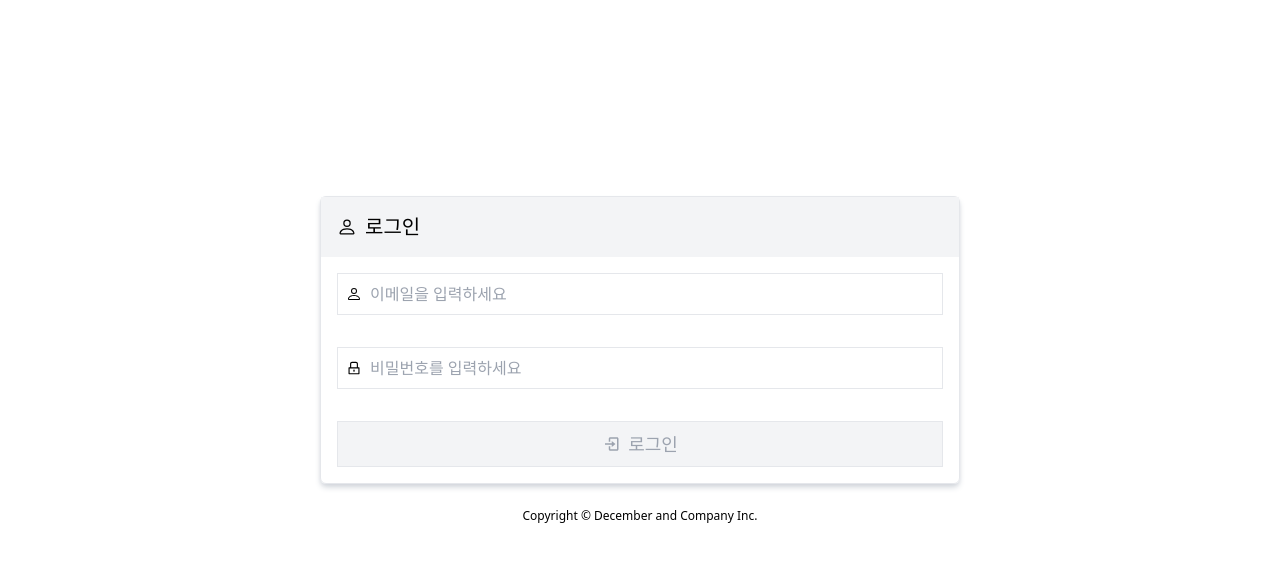
Repository: wanted-pre-onboarding-4/pre-onboarding-assignment-week-4-1-team-4
Page: /login (app in client/)
These files come from the project's save history. The page is drawn as it stood at one moment and after a run of saves; the edit follows.
The browser window is 1280 px wide. The pictures show the whole page.
The project was rebuilt for these pictures with package versions that can differ from the ones it lists, and the page was loaded fresh each time. Also part of the build but not shown: client/src/components/Footer.jsx, client/src/components/Header.jsx, client/src/components/Sider.jsx, client/src/components/Layout.jsx.

Above is the page before, as saved 2022-09-20 21:26:51.

After the next 2 saves:
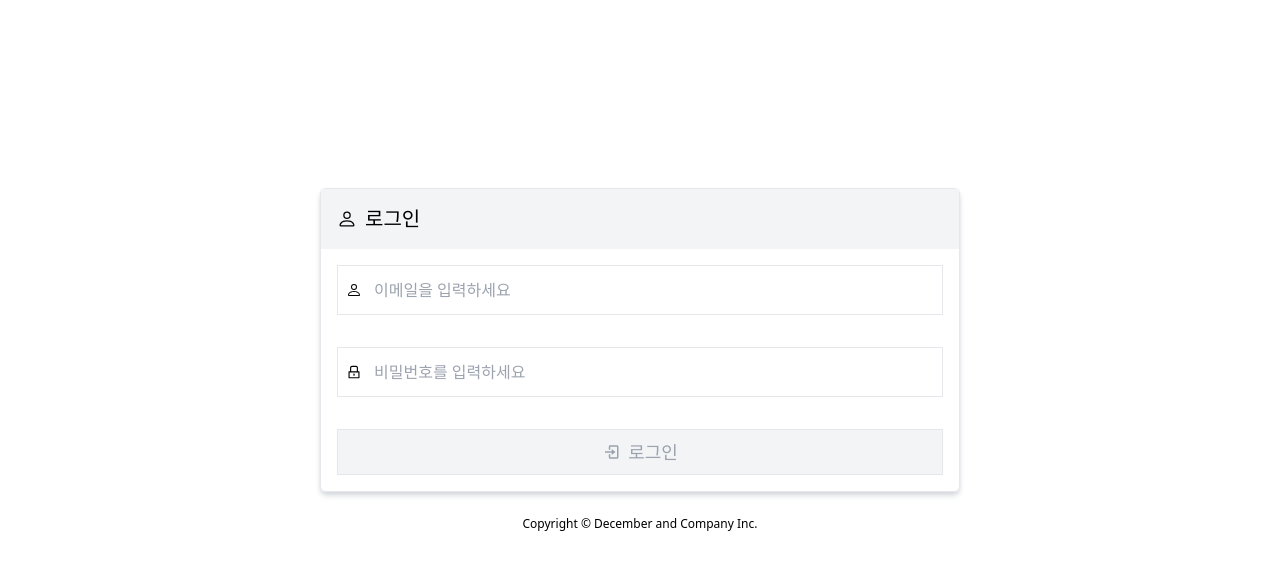
The 2 saves are shown as one change because they came seconds apart.
The last was saved 16 s later.
--- a/client/src/pages/login/Login.jsx
+++ b/client/src/pages/login/Login.jsx
@@ -14,11 +14,11 @@ const Login = () => {
         <form className='flex flex-col gap-y-8 p-4'>
           <label className="flex items-center space-x-2 border-solid border-[1px] p-2">
             <BsPerson />
-            <input type="email" placeholder="이메일을 입력하세요" className='outline-none' />
+            <input type="email" placeholder="이메일을 입력하세요" className='outline-none p-1' />
           </label>
           <label className="flex items-center space-x-2 border-solid border-[1px] p-2">
             <AiOutlineLock />
-            <input type="password" placeholder="비밀번호를 입력하세요" className='outline-none' />
+            <input type="password" placeholder="비밀번호를 입력하세요" className='outline-none p-1' />
           </label>
           <button
             className="flex items-center justify-center space-x-2 w-full text-lg border-solid border-[1px] p-2 disabled:text-gray-400 disabled:bg-gray-100"
